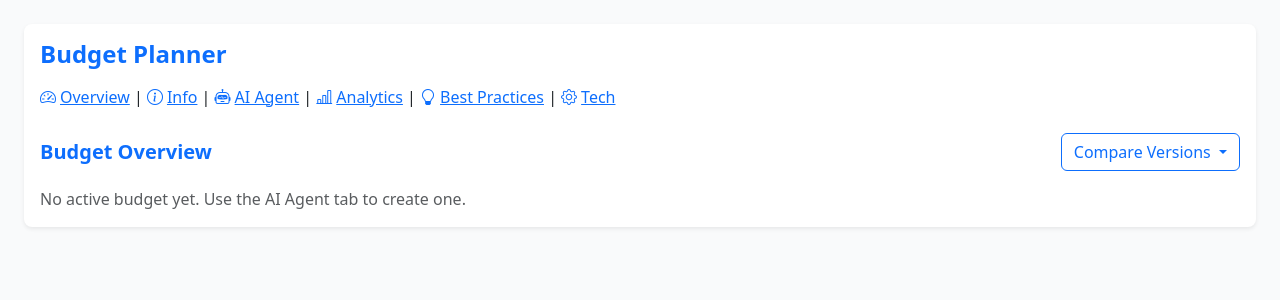
Repository: tonym642/bizcore360-wp
Page: pages/budget.html
The author's editor kept a copy of each file at every save. The page is drawn from the files as they stood at one save, then again after the next save.
The browser window is 1280 px wide. The pictures show the whole page.

Above is the page before, as saved 2025-10-23 17:45:59.

### pages/budget.html
<!DOCTYPE html>
<html lang="en">
<head>
  <meta charset="UTF-8" />
  <meta http-equiv="Cache-Control" content="no-cache, no-store, must-revalidate" />
  <meta http-equiv="Pragma" content="no-cache" />
  <meta http-equiv="Expires" content="0" />
  <meta name="viewport" content="width=device-width, initial-scale=1" />
  <title>Budget Planner | BizCore360</title>

  <link href="https://cdn.jsdelivr.net/npm/bootstrap@5.3.2/dist/css/bootstrap.min.css" rel="stylesheet">
  <link href="https://cdn.jsdelivr.net/npm/bootstrap-icons@1.11.3/font/bootstrap-icons.css" rel="stylesheet">

  <style>
    body { background-color:#f9fafb; }
    .card { border:none; border-radius:12px; }
    #moduleMenu .btn { border-radius:10px; transition:all .2s ease-in-out; padding:8px 14px; }
    #moduleMenu .btn.active, #moduleMenu .btn:hover { background-color:#f5f8ff; border-color:#0d6efd; color:#0d6efd; }
    .d-none { display:none!important; }
    .dropdown-item { display:flex; justify-content:space-between; align-items:center; }
    .delete-btn { color:#dc3545; font-size:.9rem; margin-left:8px; cursor:pointer; }
    .delete-btn:hover { color:#a71d2a; }
    .info-section h6 { color:#0d6efd; font-weight:600; margin-top:1rem; }
    #main {
  background-color: #fff !important;
}
#main .card,
#main .bg-light {
  background-color: #fff !important;
}

  </style>
</head>

<body>
<div id="budgetModule" class="container-fluid p-4">
  <div class="card shadow-sm rounded-3">
    <div class="card-body">
      <h4 id="moduleTitle" class="fw-semibold text-primary mb-3">Budget Planner</h4>

      <!-- MENU -->
      <nav id="moduleMenu" class="flat-menu mb-4">
        <a href="#" class="menu-link active" data-target="main"><i class="bi bi-speedometer2 me-1"></i>Overview</a> |
        <a href="#" class="menu-link" data-target="info"><i class="bi bi-info-circle me-1"></i>Info</a> |
        <a href="#" class="menu-link" data-target="ai"><i class="bi bi-robot me-1"></i>AI Agent</a> |
        <a href="#" class="menu-link" data-target="analytics"><i class="bi bi-bar-chart-line me-1"></i>Analytics</a> |
        <a href="#" class="menu-link" data-target="best"><i class="bi bi-lightbulb me-1"></i>Best Practices</a> |
        <a href="#" class="menu-link" data-target="tech"><i class="bi bi-gear me-1"></i>Tech</a>
      </nav>

      <!-- OVERVIEW -->
      <div id="main" class="content-section">
        <div class="d-flex justify-content-between align-items-center mb-3">
          <h5 class="fw-semibold text-primary mb-0">Budget Overview</h5>
          <div class="dropdown">
            <button class="btn btn-outline-primary dropdown-toggle" type="button" data-bs-toggle="dropdown">
              Compare Versions
            </button>
            <ul class="dropdown-menu" id="versionList"></ul>
          </div>
        </div>
        <div id="moduleData" class="text-muted">
          No active budget yet. Use the AI Agent tab to create one.
        </div>
      </div>

      <!-- INFO -->
      <div id="info" class="content-section d-none">
        <h5 class="fw-semibold mb-3 text-primary">About the Budget Planner</h5>
        <div class="info-section">
          <h6>Purpose</h6>
          <p>The Budget Planner module is designed to help you clearly understand your company’s financial health,
          forecast cash flow, and make smarter business decisions. Whether you’re managing a startup or a mature
          business, this tool provides a structured way to track income, expenses, and profits month by month.</p>

          <h6>How It Works</h6>
          <p>This module combines a simple visual overview with an integrated AI assistant.
          The <strong>AI Agent</strong> can walk you through the creation of your first budget step by step,
          asking questions about revenue, fixed and variable costs, and growth goals.
          Once the AI generates a suggested plan, you can set it as your <em>active version</em>.
          The system saves that version automatically, so when you visit this module later, your data remains
          visible in the <strong>Overview</strong> tab.</p>

          <h6>Using the Overview</h6>
          <p>The Overview tab displays your active or demo budget in a clean, summarized format.
          You can generate a demo to test layout and presentation, or replace it at any time
          with an AI-generated or manually prepared budget. In future updates, multiple budget
          versions can be stored, compared, and analyzed side by side.</p>

          <h6>Why It Matters</h6>
          <p>Budgeting is one of the most critical pillars of business control.
          It helps you monitor financial discipline, anticipate cash shortfalls,
          and make data-driven decisions before problems occur.
          With consistent use, this module can become the foundation of your financial forecasting
          and strategy sessions.</p>

          <h6>Best Practices</h6>
          <ul>
            <li>Update your budget at least once a month or after major business changes.</li>
            <li>Use the AI Agent to identify potential overspending and underperformance trends.</li>
            <li>Compare results with your actual income and expenses to refine accuracy.</li>
            <li>Review and discuss key figures during leadership or investor meetings.</li>
          </ul>

          <h6>Next Steps</h6>
          <p>To get started, switch to the <strong>AI Agent</strong> tab and follow the guided process.
          Once your first draft is generated, mark it as active. It will automatically appear
          on your Overview page for quick reference.</p>
        </div>
      </div>

      <!-- AI TAB (UPDATED) -->
      <div id="ai" class="content-section d-none">
        <h5 class="fw-semibold mb-3 text-primary">AI Agent</h5>
        <div class="border rounded-3 p-3 bg-light" style="min-height:320px;max-height:500px;overflow-y:auto;" id="chatContainer">
          <div id="chatMessages" class="d-flex flex-column gap-3">
            <p class="text-muted small">Start chatting with the AI to create your first budget.</p>
          </div>
        </div>

        <div class="d-flex justify-content-end gap-2 mt-3">
          <button class="btn btn-outline-secondary" id="generateDemo">
            <i class="bi bi-magic me-1"></i> Generate Sample Budget
          </button>
          <button class="btn btn-success" id="makeActive">
            <i class="bi bi-check-circle me-1"></i> Make Active
          </button>
        </div>

        <div class="d-flex align-items-center mt-3 border rounded-pill px-3 py-2 bg-white shadow-sm position-relative">
          <input type="file" id="fileInput" multiple hidden accept="image/*,.pdf,.doc,.docx,.txt" />
          <button class="btn btn-link text-secondary p-0 me-2" id="chatAdd"><i class="bi bi-plus-circle fs-5"></i></button>
          <input type="text" id="chatInput" class="form-control border-0 flex-grow-1" placeholder="Ask anything..." />
          <button class="btn btn-link text-secondary p-0 ms-2 me-1" id="chatMic"><i class="bi bi-mic fs-5"></i></button>
          <button class="btn btn-light border rounded-circle p-0 d-flex align-items-center justify-content-center shadow-sm me-2"
                  id="chatVoice" style="width:36px;height:36px;" title="Enable Voice Response">
            <i class="bi bi-soundwave fs-5 text-secondary"></i>
          </button>
          <button class="btn btn-primary rounded-circle d-flex align-items-center justify-content-center"
                  id="chatSend" style="width:36px;height:36px;">
            <i class="bi bi-send-fill text-white fs-6"></i>
          </button>
        </div>
      </div>

      <!-- TECH -->
      <div id="tech" class="content-section d-none">
        <h5 class="fw-semibold mb-3 text-primary">Technical Data</h5>
        <pre id="techData" class="small bg-light p-3 rounded-3"></pre>
      </div>

<!-- ANALYTICS -->
<div id="analytics" class="content-section d-none">
  <h5 class="fw-semibold mb-3 text-primary">Analytics</h5>
  <p class="text-muted mb-4">
    A compact visual summary of your financial data — revenue mix, expense allocation, and profit comparison.
  </p>

  <div class="card shadow-sm border-0 rounded-4 mb-4">
    <div class="card-body d-flex justify-content-around flex-wrap text-center">
      <!-- Revenue -->
      <div class="chart-box">
        <h6 class="fw-semibold text-primary mb-2">Revenue</h6>
        <canvas id="revenueChart" width="200" height="150"></canvas>
      </div>

      <!-- Expenses -->
      <div class="chart-box">
        <h6 class="fw-semibold text-primary mb-2">Expenses</h6>
        <canvas id="expensesChart" width="200" height="150"></canvas>
      </div>

      <!-- Profit -->
      <div class="chart-box">
        <h6 class="fw-semibold text-primary mb-2">Profit</h6>
        <canvas id="profitChart" width="200" height="150"></canvas>
      </div>
    </div>
  </div>

  <!-- INSIGHT SUMMARY -->
  <div class="card shadow-sm border-0 rounded-4 mt-4">
    <div class="card-body">
      <h6 class="text-primary fw-semibold mb-3">Insight Summary</h6>
      <ul class="text-muted small mb-0">
        <li>Product sales dominate total revenue at 68%.</li>
        <li>Payroll represents the largest expense at 60% of costs.</li>
        <li>Net profit margin stable at 32% this period.</li>
      </ul>
    </div>
  </div>
</div>

<!-- CHART.JS -->
<script src="https://cdn.jsdelivr.net/npm/chart.js"></script>
<script>
function initBudgetCharts() {
  if (window.budgetChartsLoaded) return;
  window.budgetChartsLoaded = true;

  const baseOpts = {
    responsive: false,
    maintainAspectRatio: true,
    plugins: {
      legend: { display: false },
      tooltip: {
        callbacks: { label: ctx => `$${ctx.parsed.y.toLocaleString()}` }
      }
    },
    scales: {
      x: {
        ticks: { color: "#6c757d", font: { size: 10 } },
        grid: { display: false }
      },
      y: {
        ticks: { display: false },
        grid: { display: false }
      }
    }
  };

  // Revenue chart
  new Chart(document.getElementById("revenueChart"), {
    type: "bar",
    data: {
      labels: ["Product", "Service", "Other"],
      datasets: [{
        data: [18500, 7200, 800],
        backgroundColor: [
          "rgba(13,110,253,0.8)",
          "rgba(25,135,84,0.8)",
          "rgba(255,193,7,0.8)"
        ],
        borderRadius: 6
      }]
    },
    options: baseOpts
  });

  // Expenses chart
  new Chart(document.getElementById("expensesChart"), {
    type: "bar",
    data: {
      labels: ["Payroll", "Rent", "Marketing", "Other"],
      datasets: [{
        data: [9000, 3000, 1200, 1650],
        backgroundColor: [
          "rgba(220,53,69,0.8)",
          "rgba(255,159,64,0.8)",
          "rgba(108,117,125,0.7)",
          "rgba(73,80,87,0.7)"
        ],
        borderRadius: 6
      }]
    },
    options: baseOpts
  });

  // Profit chart
  new Chart(document.getElementById("profitChart"), {
    type: "bar",
    data: {
      labels: ["Profit", "Expenses"],
      datasets: [{
        data: [11650, 14850],
        backgroundColor: [
          "rgba(25,135,84,0.85)",
          "rgba(220,53,69,0.75)"
        ],
        borderRadius: 6
      }]
    },
    options: baseOpts
  });
}

// Initialize when visible
const chartObserver = new MutationObserver(() => {
  const section = document.getElementById("analytics");
  if (section && !section.classList.contains("d-none")) {
    setTimeout(initBudgetCharts, 300);
  }
});
chartObserver.observe(document.body, { childList: true, subtree: true });
</script>

<style>
.chart-box {
  flex: 1 1 200px;
  max-width: 220px;
}
</style>







<!-- BEST PRACTICES -->
<div id="best" class="content-section d-none">
  <h5 class="fw-semibold mb-3 text-primary">Budgeting Best Practices</h5>
  <div class="info-section">
    <h6>1. Set Clear Financial Goals</h6>
    <p>Before building a budget, define measurable goals such as profit targets, emergency reserves, or debt reduction milestones.
    Goals create purpose and guide decision-making when allocating funds.</p>

    <h6>2. Separate Fixed and Variable Costs</h6>
    <p>Track your recurring fixed expenses (like rent and payroll) separately from variable ones (like marketing or supplies).
    This makes it easier to identify which areas can be adjusted in response to revenue changes.</p>

    <h6>3. Use Conservative Revenue Estimates</h6>
    <p>Plan your income projections based on realistic or slightly conservative expectations.
    It’s better to outperform a cautious forecast than to fall short of an overly optimistic one.</p>

    <h6>4. Review and Update Monthly</h6>
    <p>Compare your actual results with your planned figures every month.
    This habit improves forecasting accuracy, reveals inefficiencies, and builds financial awareness across your business.</p>

    <h6>5. Prioritize Cash Flow Awareness</h6>
    <p>Profitability doesn’t guarantee liquidity.
    Monitor cash inflows and outflows to prevent shortfalls and ensure there’s enough working capital for daily operations.</p>

    <h6>6. Collaborate with Your Team</h6>
    <p>Encourage department heads or team leaders to contribute to the budgeting process.
    Their input provides valuable insights and fosters accountability for staying within financial goals.</p>

    <h6>7. Leverage AI Insights</h6>
    <p>Use the <strong>AI Agent</strong> tab to identify spending inefficiencies, analyze cost trends,
    and forecast future results based on your historical data. Automation helps transform your budgeting into a smarter, ongoing process.</p>

    <h6>8. Maintain Flexibility</h6>
    <p>Budgets are living documents.
    Adjust your numbers when new opportunities or challenges arise, and treat your plan as a guide — not a restriction.</p>
  </div>
</div>



<script>
/* ---------- GLOBAL INITIALIZER (works after injection) ---------- */
const budgetObserver = new MutationObserver(() => {
  const mod = document.getElementById('budgetModule');
  if (mod && !window.budgetInitialized) {
    window.budgetInitialized = true;
    initBudgetModule();
    setupChat();
  }
});
budgetObserver.observe(document.body, { childList:true, subtree:true });

function initBudgetModule() {
  const STORAGE_KEY = "budgetVersions";
  const ACTIVE_KEY = "budgetActive";
  const moduleData = document.getElementById("moduleData");
  const versionList = document.getElementById("versionList");

  document.querySelectorAll("#moduleMenu button").forEach(btn=>{
    btn.addEventListener("click",()=>{
      document.querySelectorAll("#moduleMenu button").forEach(b=>b.classList.remove("active"));
      btn.classList.add("active");
      const t=btn.dataset.target;
      document.querySelectorAll(".content-section").forEach(s=>s.classList.add("d-none"));
      document.getElementById(t).classList.remove("d-none");
    });
  });

  const loadVersions=()=>JSON.parse(localStorage.getItem(STORAGE_KEY)||"[]");
  const saveVersions=v=>localStorage.setItem(STORAGE_KEY,JSON.stringify(v));
  const renderData=b=>{
    moduleData.innerHTML=`<div class="card bg-light p-3 rounded-3 shadow-sm">
      <h6 class="fw-semibold mb-2 text-primary">${b.name}</h6>
      <p class="small text-muted mb-2">Created: ${new Date(b.timestamp).toLocaleString()}</p>
      <div>${b.output}</div></div>`;
    localStorage.setItem(ACTIVE_KEY,JSON.stringify(b));
  };
  const refreshDropdown=()=>{
    const versions=loadVersions();
    versionList.innerHTML="";
    if(!versions.length){versionList.innerHTML=`<li><span class="dropdown-item text-muted">No saved versions</span></li>`;return;}
    versions.forEach((v,i)=>{
      const li=document.createElement("li");
      li.innerHTML=`<span class="dropdown-item"><span>${v.name}</span>
      <i class="bi bi-trash delete-btn" data-index="${i}" title="Delete"></i></span>`;
      li.querySelector(".dropdown-item").addEventListener("click",e=>{
        if(e.target.classList.contains("delete-btn"))return;
        renderData(v);
      });
      li.querySelector(".delete-btn").addEventListener("click",()=>{
        if(confirm("Delete this version?")){
          versions.splice(i,1); saveVersions(versions); refreshDropdown();
        }
      });
      versionList.appendChild(li);
    });
  };
  const loadActive=()=>{const a=localStorage.getItem(ACTIVE_KEY); if(a)renderData(JSON.parse(a));};

  document.getElementById("generateDemo").addEventListener("click",()=>{
    const demo={name:"Demo Budget - Small Business",timestamp:Date.now(),output:`
      <strong>Revenue:</strong><br>- Product Sales: $18,500<br>- Service Income: $7,200<br>- Other Income: $800<br><br>
      <strong>Operating Expenses:</strong><br>- Rent & Utilities: $3,000<br>- Payroll & Benefits: $9,000<br>- Marketing & Advertising: $1,200<br>- Office Supplies: $350<br>- Insurance: $400<br>- Software Subscriptions: $250<br>- Travel & Meals: $450<br>- Miscellaneous: $200<br><br>
      <strong>Total Expenses:</strong> $14,850<br><strong>Net Profit:</strong> $11,650<br><em>Notes:</em> Strong month with moderate ad spend and lower utility costs.`};
    const v=loadVersions(); v.push(demo); saveVersions(v);
    renderData(demo); refreshDropdown(); document.querySelector('[data-target="main"]').click();
  });

  document.getElementById("makeActive").addEventListener("click",()=>{
    const aiBudget={name:"AI-Generated Budget",timestamp:Date.now(),output:`
      <strong>Revenue:</strong><br>- Product Sales: $20,000<br>- Consulting Services: $5,000<br>- Recurring Subscriptions: $1,200<br><br>
      <strong>Operating Expenses:</strong><br>- Payroll & Benefits: $10,000<br>- Rent & Utilities: $2,800<br>- Marketing & Advertising: $1,000<br>- Software & Licenses: $300<br>- Travel & Meals: $500<br>- Miscellaneous: $150<br><br>
      <strong>Total Expenses:</strong> $14,750<br><strong>Net Profit:</strong> $11,450<br><em>Notes:</em> AI-optimized scenario projecting consistent growth and lower overhead.`};
    const v=loadVersions(); v.push(aiBudget); saveVersions(v);
    renderData(aiBudget); refreshDropdown(); document.querySelector('[data-target="main"]').click();
  });

  refreshDropdown(); loadActive();
  initBudgetCharts();
}

/* ---------- CHAT SYSTEM (Voice + Upload + Speak) ---------- */
function setupChat(){
  const chatMessages=document.getElementById("chatMessages");
  const chatInput=document.getElementById("chatInput");
  const chatSend=document.getElementById("chatSend");
  const chatAdd=document.getElementById("chatAdd");
  const chatMic=document.getElementById("chatMic");
  const chatVoice=document.getElementById("chatVoice");
  const fileInput=document.getElementById("fileInput");

  function addMessage(text,sender="user"){
    const msg=document.createElement("div");
    msg.className=sender==="user"?"align-self-end bg-primary text-white rounded-3 px-3 py-2":"align-self-start bg-secondary-subtle text-dark rounded-3 px-3 py-2";
    msg.style.maxWidth="75%"; msg.innerText=text; chatMessages.appendChild(msg); chatMessages.scrollTop=chatMessages.scrollHeight;
    if(sender==="ai"&&voiceEnabled){
      const utter=new SpeechSynthesisUtterance(text); utter.lang="en-US"; speechSynthesis.speak(utter);
    }
  }
  async function handleSend(){
    const text=chatInput.value.trim(); if(!text)return;
    addMessage(text,"user"); chatInput.value=""; addMessage("🤖 Thinking...","ai");
    setTimeout(()=>{
      const reply=`Here's a helpful suggestion for: "${text}"`;
      chatMessages.lastChild.innerText=reply;
      if(voiceEnabled){const utter=new SpeechSynthesisUtterance(reply); utter.lang="en-US"; speechSynthesis.speak(utter);}
    },1000);
  }
  chatSend.addEventListener("click",handleSend);
  chatInput.addEventListener("keypress",e=>{if(e.key==="Enter"){e.preventDefault();handleSend();}});
  chatAdd.addEventListener("click",()=>fileInput.click());
  fileInput.addEventListener("change",()=>{Array.from(fileInput.files).forEach(f=>addMessage(`📎 Uploaded: ${f.name}`,"user"));fileInput.value="";});

  if("webkitSpeechRecognition"in window||"SpeechRecognition"in window){
    const SR=window.SpeechRecognition||window.webkitSpeechRecognition; const recog=new SR();
    recog.lang="en-US"; recog.interimResults=false;
    chatMic.addEventListener("click",()=>{recog.start();chatMic.classList.add("text-primary");});
    recog.onresult=e=>{const transcript=e.results[0][0].transcript;chatInput.value=transcript;chatMic.classList.remove("text-primary");};
    recog.onerror=()=>chatMic.classList.remove("text-primary");
    recog.onend=()=>chatMic.classList.remove("text-primary");
  } else {chatMic.disabled=true; chatMic.title="Voice input not supported";}
  let voiceEnabled=false;
  chatVoice.addEventListener("click",()=>{
    voiceEnabled=!voiceEnabled;
    if(voiceEnabled){chatVoice.classList.add("bg-primary");chatVoice.querySelector("i").classList.add("text-white");}
    else{chatVoice.classList.remove("bg-primary");chatVoice.querySelector("i").classList.remove("text-white");}
  });
}
</script>
<script src="https://cdn.jsdelivr.net/npm/bootstrap@5.3.2/dist/js/bootstrap.bundle.min.js"></script>
</body>
</html>

After the next save:
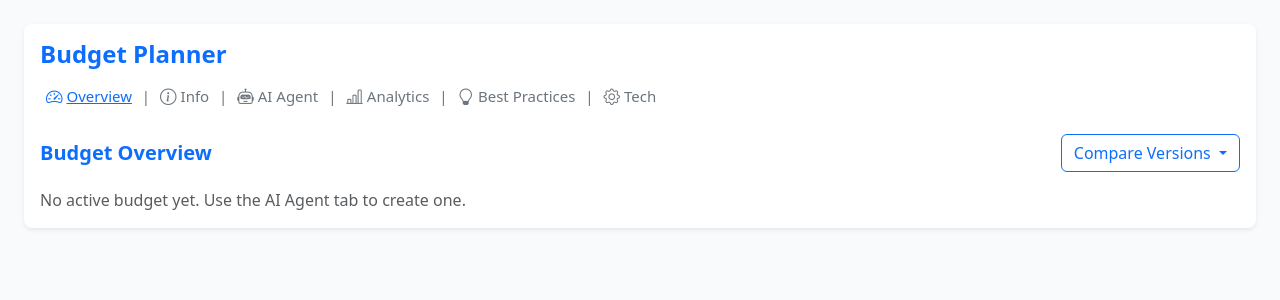
Saved 5 s later.
--- a/pages/budget.html
+++ b/pages/budget.html
@@ -14,8 +14,34 @@
   <style>
     body { background-color:#f9fafb; }
     .card { border:none; border-radius:12px; }
-    #moduleMenu .btn { border-radius:10px; transition:all .2s ease-in-out; padding:8px 14px; }
-    #moduleMenu .btn.active, #moduleMenu .btn:hover { background-color:#f5f8ff; border-color:#0d6efd; color:#0d6efd; }
+    /* Flat menu styles for inner module menu */
+    .flat-menu {
+      font-size: 15px;
+      font-weight: 500;
+      color: #6c757d;
+      background: none;
+      border: none;
+      padding: 0;
+      margin-bottom: 1.5rem;
+    }
+    .flat-menu .menu-link {
+      color: #6c757d;
+      text-decoration: none;
+      padding: 0 6px;
+      transition: color 0.2s, text-decoration 0.2s;
+    }
+    .flat-menu .menu-link.active {
+      color: #0d6efd;
+      text-decoration: underline;
+    }
+    .flat-menu .menu-link i {
+      font-size: 1.1em;
+      vertical-align: middle;
+      margin-right: 2px;
+    }
+    .flat-menu .menu-link:hover {
+      color: #0d6efd;
+    }
     .d-none { display:none!important; }
     .dropdown-item { display:flex; justify-content:space-between; align-items:center; }
     .delete-btn { color:#dc3545; font-size:.9rem; margin-left:8px; cursor:pointer; }
